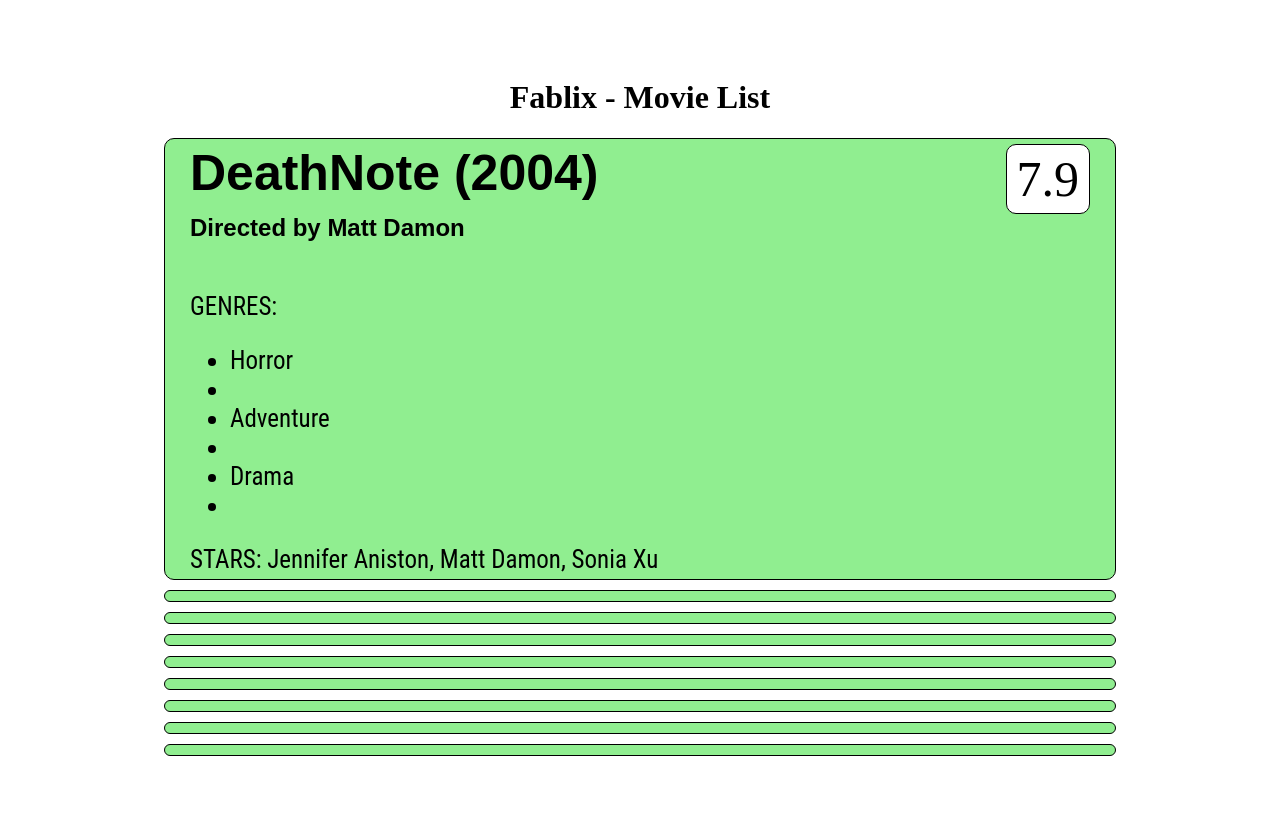
Repository: csumphan/fablix
Page: http://localhost/Project1/
The author's editor kept a copy of each file at every save. The page is drawn from the files as they stood at one save, then again after the next save.
The browser window is 1280 px wide. The pictures show the whole page.
Some web fonts or font styles are not loaded; a fallback is used. The page is served by Tomcat 9. Nobody is signed in. The application's start-up code is not run.

Above is the page before, as saved 2018-01-23 00:25:45.

After the next save:
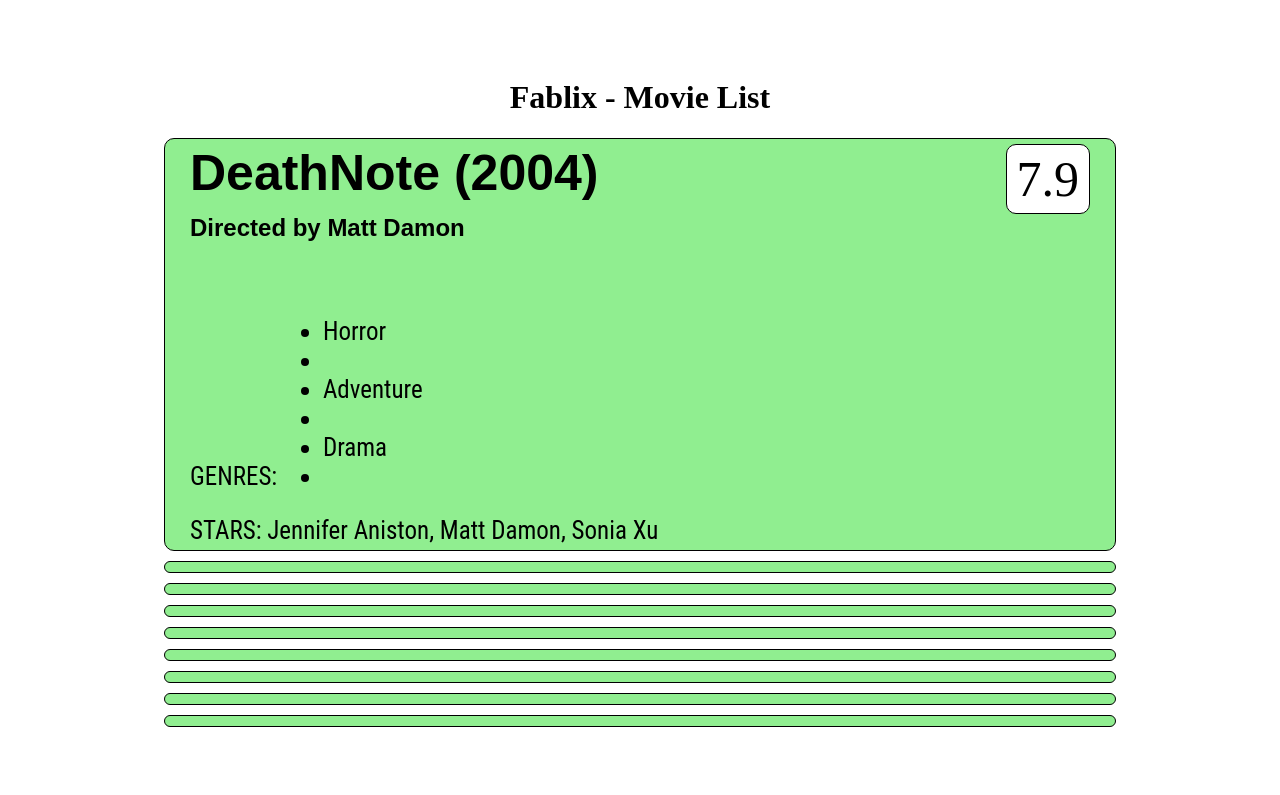
Saved 36 s later.
--- a/Project1/WebContent/styles.css
+++ b/Project1/WebContent/styles.css
@@ -59,6 +59,10 @@
 	width: 100%;
 }
 
+.genres-container > ul {
+	display: inline-block;
+}
+
 .stars-container {
 	width: 100%;
 }
